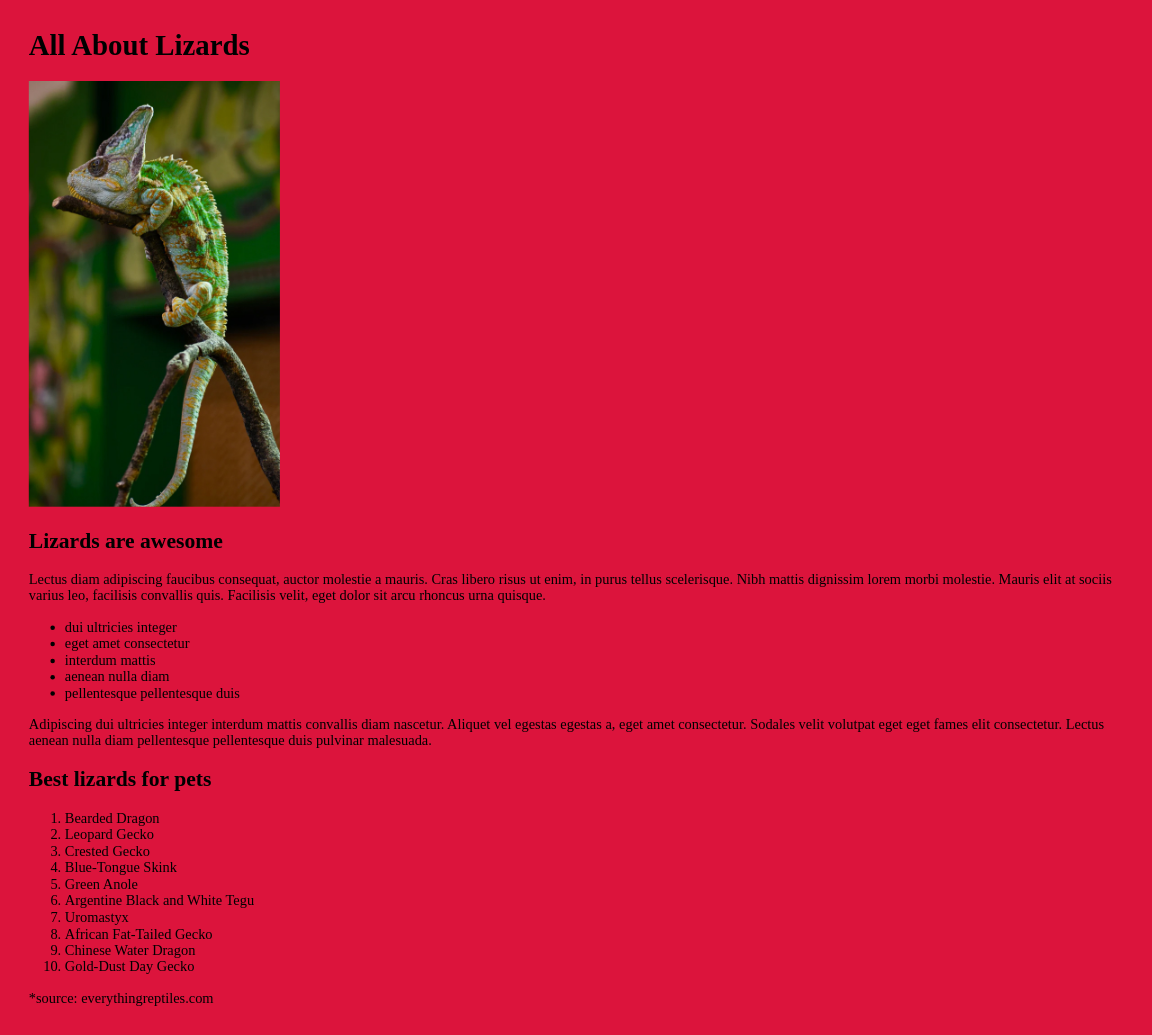
Repository: Doumham-Armah/lizards-landing--page
Page: index.html
The author's editor kept a copy of each file at every save. The page is drawn from the files as they stood at one save, then again after the next save.
The browser window is 1280 px wide. The pictures show the whole page, at 90% of full size.

Above is the page before, as saved 2021-08-10 13:18:05.

After the next save:
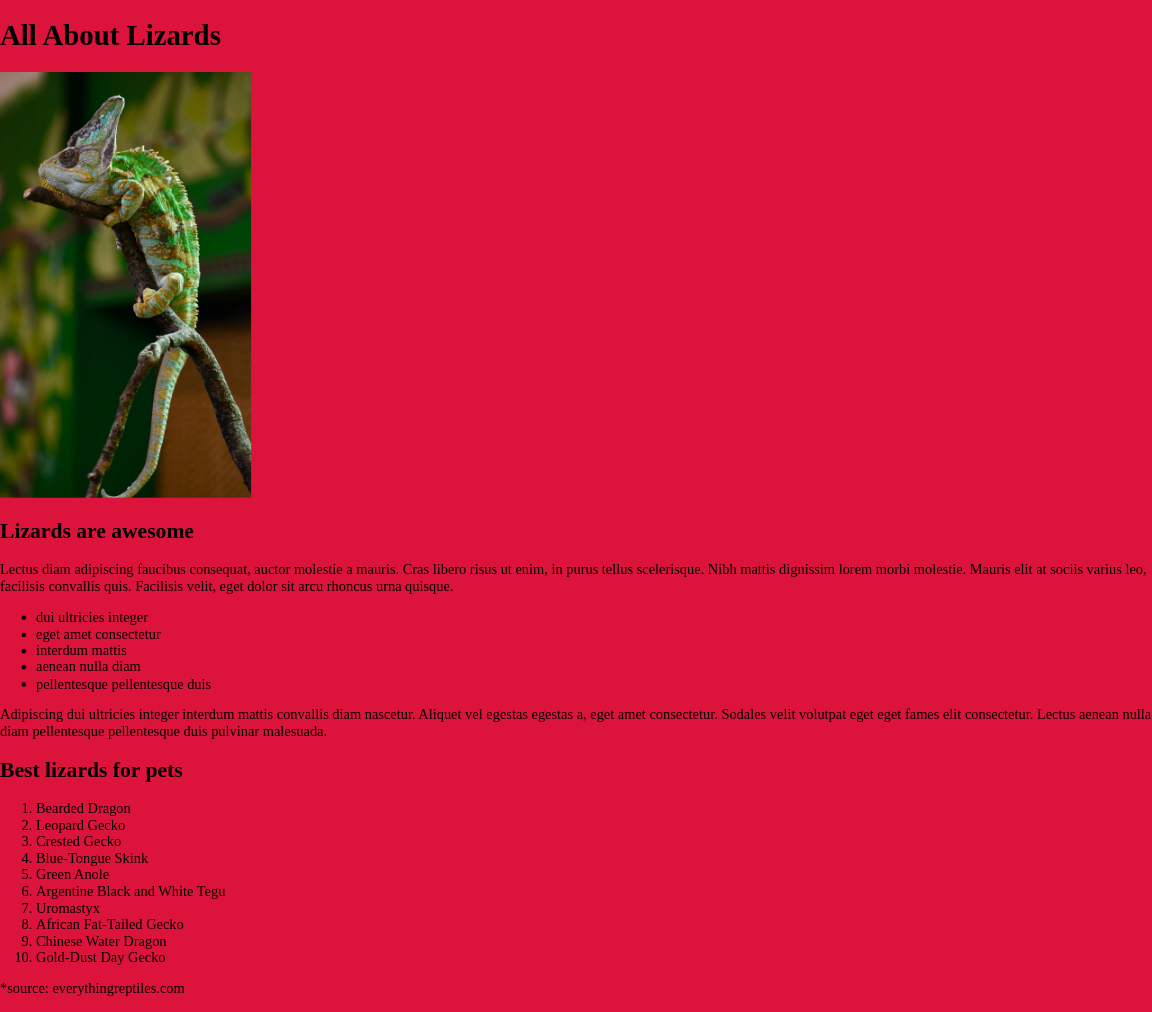
Saved 6 s later.
--- a/css/style.css
+++ b/css/style.css
@@ -1,4 +1,4 @@
 body {
-  margin: 2rem;
+  margin: 0;
   background-color: crimson;
 }
